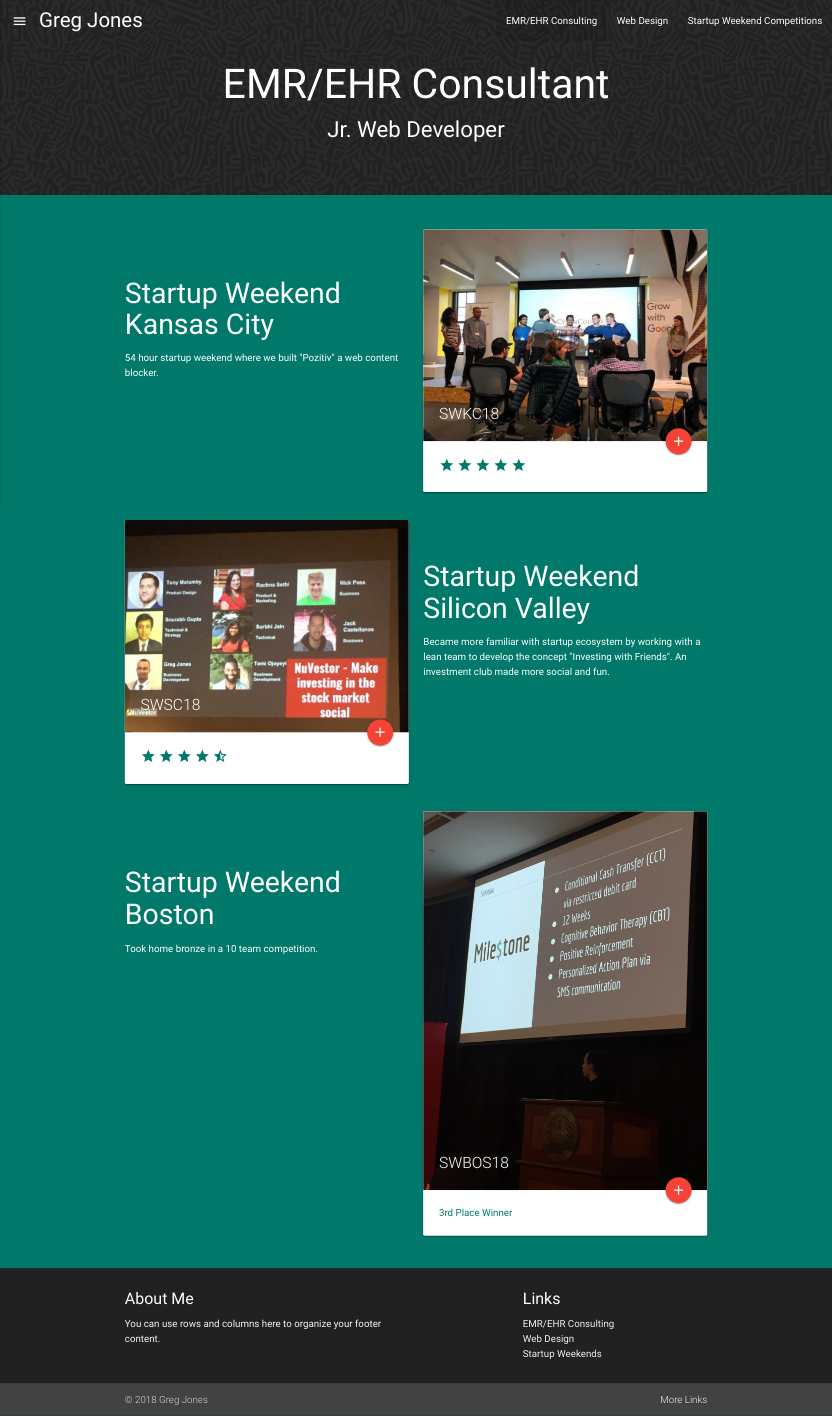
Repository: Greg919617/Existing-Portfolio
Page: sw.html
The author's editor kept a copy of each file at every save. The page is drawn from the files as they stood at one save, then again after the next save.
The browser window is 1280 px wide. The pictures show the whole page, at 65% of full size.
Some web libraries are served in a nearby version.

Above is the page before, as saved 2018-06-26 18:15:00.

After the next save:
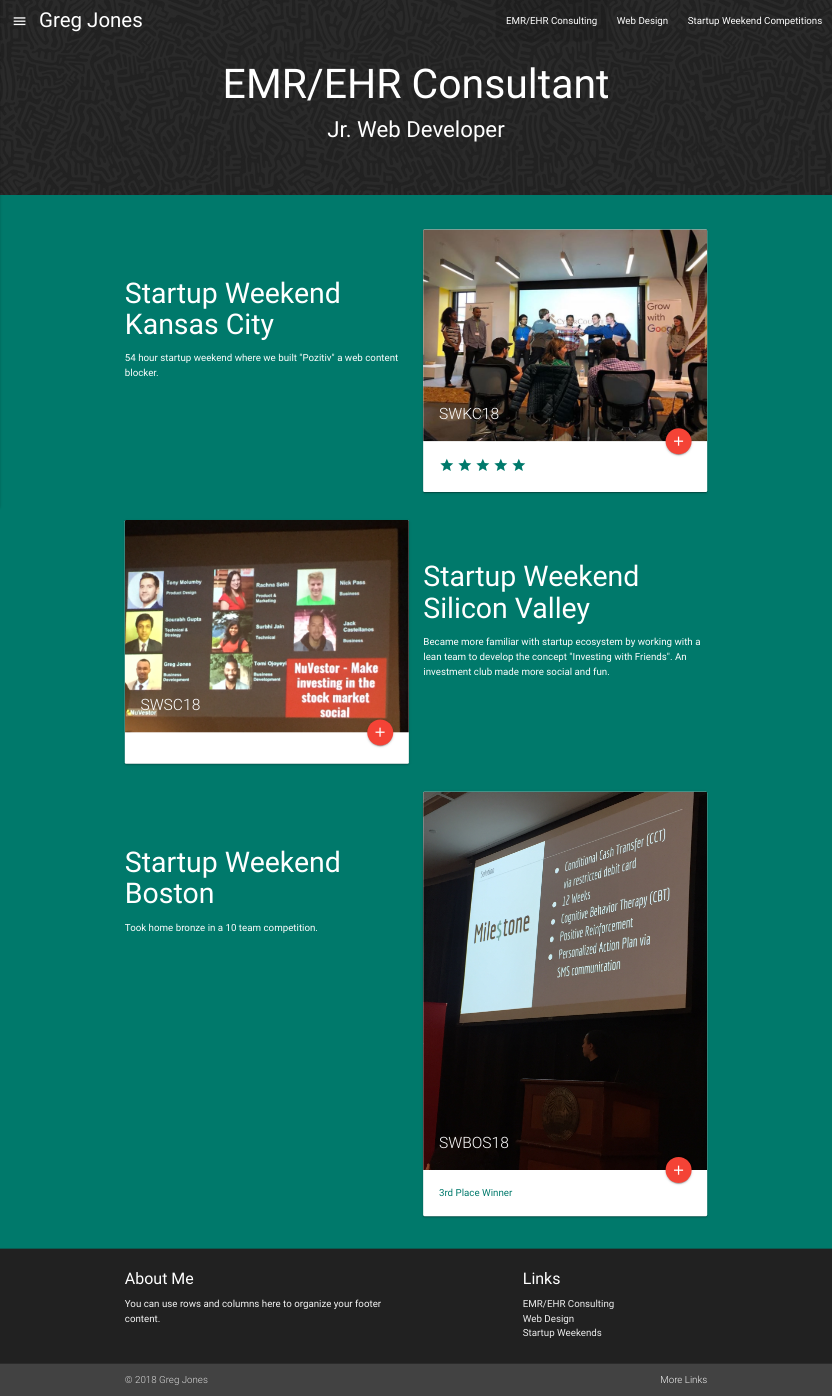
Saved 39 s later.
--- a/sw.html
+++ b/sw.html
@@ -96,11 +96,11 @@
             </div>
             <div class="card-content">
               <p>
-                <i class="material-icons">star</i>
-                <i class="material-icons">star</i>
-                <i class="material-icons">star</i>
-                <i class="material-icons">star</i>
-                <i class="material-icons">star_half</i>
+                <!-- <i class="material-icons">star</i>
+                <i class="material-icons">star</i>
+                <i class="material-icons">star</i>
+                <i class="material-icons">star</i>
+                <i class="material-icons">star_half</i> -->
               </p>
             </div>
           </div>
